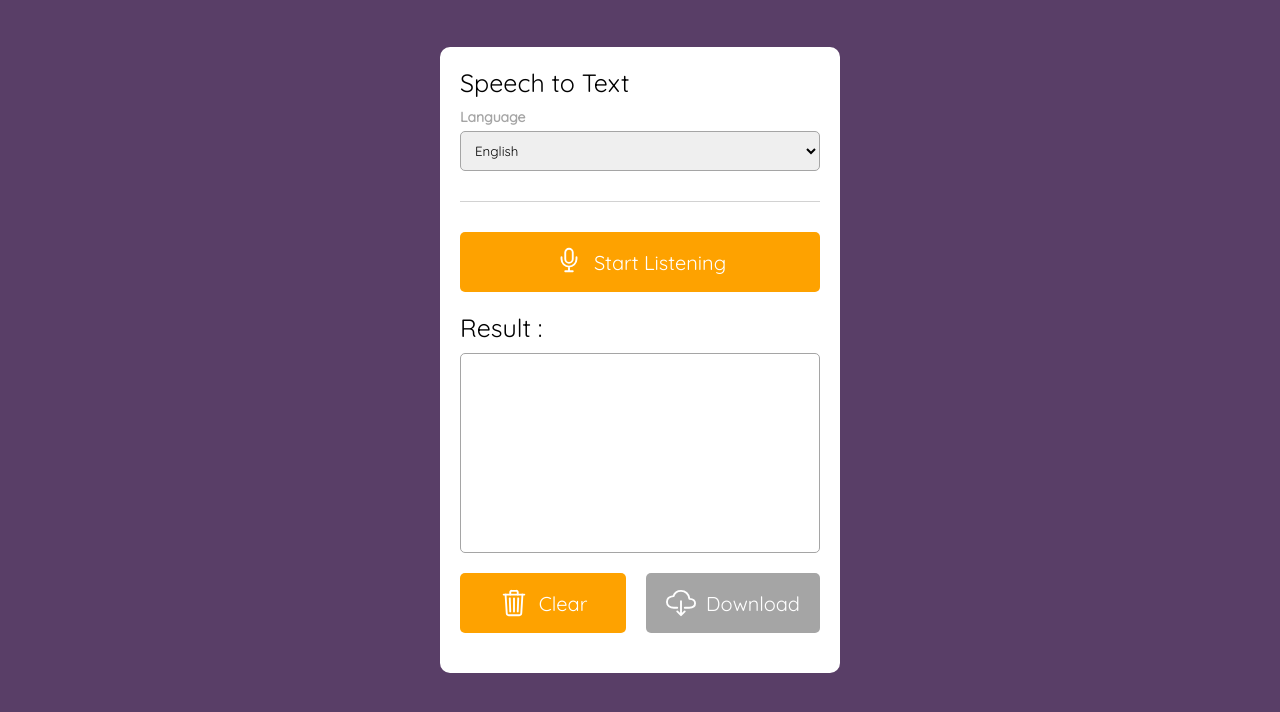
Repository: tsthuy/SpeechToText
Page: index.html
The author's editor kept a copy of each file at every save. The page is drawn from the files as they stood at one save, then again after the next save.
The browser window is 1280 px wide. The pictures show the whole page.

Above is the page before, as saved 2023-08-28 03:16:28.

### index.html
<!DOCTYPE html>
<html lang="en">
  <head>
    <meta charset="UTF-8" />
    <meta http-equiv="X-UA-Compatible" content="IE=edge" />
    <meta name="viewport" content="width=device-width, initial-scale=1.0" />
    <link href="./images/text-to-speech.png" rel="shortcut icon" type="image/vnd.microsoft.icon" />
    <link rel="stylesheet" href="style.css" />
    <link href='https://fonts.googleapis.com/css?family=Quicksand' rel='stylesheet'>
    <title>Speech to Text</title>
  </head>
  <body>
    <div class="container">
      <p class="heading">Speech to Text</p>
      <div class="options">
        <div class="anguage">
          <p>Language</p>
          <select name="input-language" id="language"></select>
        </div>
      </div>
      <div class="line"></div>
      <button class="btn record">
        <div class="icon">
          <ion-icon name="mic-outline"></ion-icon>
          <img src="record.svg" alt="" />
        </div>
        <p>Start Listening</p>
      </button>
      <p class="heading">Result :</p>
      <div
        class="result"
        spellcheck="false"
        placeholder="Text will be shown here"
      >
        <p class="interim"></p>
      </div>
      <div class="buttons">
        <button class="btn clear">
          <ion-icon name="trash-outline"></ion-icon>
          <p>Clear</p>
        </button>
        <button class="btn download" disabled>
          <ion-icon name="cloud-download-outline"></ion-icon>
          <p>Download</p>
        </button>
      </div>
    </div>

    <!-- IONICONS -->
    <script
      type="module"
      src="https://unpkg.com/ionicons@5.5.2/dist/ionicons/ionicons.esm.js"
    ></script>
    <script
      nomodule
      src="https://unpkg.com/ionicons@5.5.2/dist/ionicons/ionicons.js"
    ></script>

    <!-- LANGUAGES -->
    <script src="languages.js"></script>

    <!-- SCRIPT -->
    <script src="script.js"></script>
  </body>
</html>

### style.css

:root {
  --primary-color: #FEA200;
  --bg-color: #fff;
  --text-color: #000;
  --light-text-color: #a5a5a5;
  --body-bg-color: #593E67;
}
* {
  margin: 0;
  padding: 0;
  box-sizing: border-box;
  font-family: "Quicksand", sans-serif;
}
body {
  min-height: 100vh;
  display: flex;
  align-items: center;
  justify-content: center;
  background-color: var(--body-bg-color);
  color: var(--text-color);
}
.container {
  width: 400px;
  padding: 20px;
  border-radius: 10px;
  background-color: var(--bg-color);
}
.container .heading {
  font-size: 25px;
  font-weight: 500;
  margin-bottom: 10px;
}
.container .options select {
  width: 100%;
  padding: 10px;
  border: 1px solid var(--light-text-color);
  border-radius: 5px;
  outline: none;
}
.container .options div:not(:last-child) select {
  margin-bottom: 20px;
}

.container .options p {
  font-size: 14px;
  font-weight: 600;
  margin-bottom: 5px;
  color: var(--light-text-color);
}
.container .line {
  position: relative;
  width: 100%;
  height: 1px;
  background-color: var(--light-text-color);
  opacity: 0.5;
  margin: 30px 0;
}
.btn {
  display: flex;
  align-items: center;
  justify-content: center;
  gap: 10px;
  margin-bottom: 20px;
  height: 60px;
  padding: 20px;
  width: 100%;
  outline: none;
  border: none;
  border-radius: 5px;
  font-size: 20px;
  font-weight: 500;
  cursor: pointer;
  color: #fff;
  background-color: var(--primary-color);
}
.btn ion-icon {
  font-size: 30px;
}
.btn:disabled {
  background-color: var(--light-text-color);
  cursor: not-allowed;
}
.container .record img {
  width: 30px;
  height: 30px;
  display: none;
}
.container .record.recording img {
  display: block;
}
.container .record.recording ion-icon {
  display: none;
}
.container .result {
  width: 100%;
  min-height: 200px;
  padding: 10px;
  border: 1px solid var(--light-text-color);
  border-radius: 5px;
  font-size: 18px;
  font-weight: 500;
  margin-bottom: 20px;
  color: var(--text-color);
}
.container .result p {
  display: inline;
  margin-left: 3px;
  color: var(--light-text-color);
}
.buttons {
  display: flex;
  gap: 20px;
}

### languages.js
const languages = [
  {
    no: "16",
    name: "English",
    native: "English",
    code: "en",
  },
  {
    no: "1",
    name: "Afrikaans",
    native: "Afrikaans",
    code: "af",
  },
  {
    no: "2",
    name: "Albanian",
    native: "Shqip",
    code: "sq",
  },
  {
    no: "3",
    name: "Arabic",
    native: "عربي",
    code: "ar",
  },
  {
    no: "4",
    name: "Armenian",
    native: "Հայերէն",
    code: "hy",
  },
  {
    no: "5",
    name: "Azerbaijani",
    native: "آذربایجان دیلی",
    code: "az",
  },
  {
    no: "6",
    name: "Basque",
    native: "Euskara",
    code: "eu",
  },
  {
    no: "7",
    name: "Belarusian",
    native: "Беларуская",
    code: "be",
  },
  {
    no: "8",
    name: "Bulgarian",
    native: "Български",
    code: "bg",
  },
  {
    no: "9",
    name: "Catalan",
    native: "Català",
    code: "ca",
  },
  {
    no: "10",
    name: "Chinese (Simplified)",
    native: "中文简体",
    code: "zh-CN",
  },
  {
    no: "11",
    name: "Chinese (Traditional)",
    native: "中文繁體",
    code: "zh-TW",
  },
  {
    no: "12",
    name: "Croatian",
    native: "Hrvatski",
    code: "hr",
  },
  {
    no: "13",
    name: "Czech",
    native: "Čeština",
    code: "cs",
  },
  {
    no: "14",
    name: "Danish",
    native: "Dansk",
    code: "da",
  },
  {
    no: "15",
    name: "Dutch",
    native: "Nederlands",
    code: "nl",
  },
  {
    no: "17",
    name: "Estonian",
    native: "Eesti keel",
    code: "et",
  },
  {
    no: "18",
    name: "Filipino",
    native: "Filipino",
    code: "tl",
  },
  {
    no: "19",
    name: "Finnish",
    native: "Suomi",
    code: "fi",
  },
  {
    no: "20",
    name: "French",
    native: "Français",
    code: "fr",
  },
  {
    no: "21",
    name: "Galician",
    native: "Galego",
    code: "gl",
  },
  {
    no: "22",
    name: "Georgian",
    native: "ქართული",
    code: "ka",
  },
  {
    no: "23",
    name: "German",
    native: "Deutsch",
    code: "de",
  },
  {
    no: "24",
    name: "Greek",
    native: "Ελληνικά",
    code: "el",
  },
  {
    no: "25",
    name: "Haitian Creole",
    native: "Kreyòl ayisyen",
    code: "ht",
  },
  {
    no: "26",
    name: "Hebrew",
    native: "עברית",
    code: "iw",
  },
  {
    no: "27",
    name: "Hindi",
    native: "हिन्दी",
    code: "hi",
  },
  {
    no: "28",
    name: "Hungarian",
    native: "Magyar",
    code: "hu",
  },
  {
    no: "29",
    name: "Icelandic",
    native: "Íslenska",
    code: "is",
  },
  {
    no: "30",
    name: "Indonesian",
    native: "Bahasa Indonesia",
    code: "id",
  },
  {
    no: "31",
    name: "Irish",
    native: "Gaeilge",
    code: "ga",
  },
  {
    no: "32",
    name: "Italian",
    native: "Italiano",
    code: "it",
  },
  {
    no: "33",
    name: "Japanese",
    native: "日本語",
    code: "ja",
  },
  {
    no: "34",
    name: "Korean",
    native: "한국어",
    code: "ko",
  },
  {
    no: "35",
    name: "Latvian",
    native: "Latviešu",
    code: "lv",
  },
  {
    no: "36",
    name: "Lithuanian",
    native: "Lietuvių kalba",
    code: "lt",
  },
  {
    no: "37",
    name: "Macedonian",
    native: "Македонски",
    code: "mk",
  },
  {
    no: "38",
    name: "Malay",
    native: "Malay",
    code: "ms",
  },
  {
    no: "39",
    name: "Maltese",
    native: "Malti",
    code: "mt",
  },
  {
    no: "40",
    name: "Norwegian",
    native: "Norsk",
    code: "no",
  },
  {
    no: "41",
    name: "Persian",
    native: "فارسی",
    code: "fa",
  },
  {
    no: "42",
    name: "Polish",
    native: "Polski",
    code: "pl",
  },
  {
    no: "43",
    name: "Portuguese",
    native: "Português",
    code: "pt",
  },
  {
    no: "44",
    name: "Romanian",
    native: "Română",
    code: "ro",
  },
  {
    no: "45",
    name: "Russian",
    native: "Русский",
    code: "ru",
  },
  {
    no: "46",
    name: "Serbian",
    native: "Српски",
    code: "sr",
  },
  {
    no: "47",
    name: "Slovak",
    native: "Slovenčina",
    code: "sk",
  },
  {
    no: "48",
    name: "Slovenian",
    native: "Slovensko",
    code: "sl",
  },
  {
    no: "49",
    name: "Spanish",
    native: "Español",
    code: "es",
  },
  {
    no: "50",
    name: "Swahili",
    native: "Kiswahili",
    code: "sw",
  },
  {
    no: "51",
    name: "Swedish",
    native: "Svenska",
    code: "sv",
  },
  {
    no: "52",
    name: "Thai",
    native: "ไทย",
    code: "th",
  },
  {
    no: "53",
    name: "Turkish",
    native: "Türkçe",
    code: "tr",
  },
  {
    no: "54",
    name: "Ukrainian",
    native: "Українська",
    code: "uk",
  },
  {
    no: "55",
    name: "Urdu",
    native: "اردو",
    code: "ur",
  },
  {
    no: "56",
    name: "Vietnamese",
    native: "Tiếng Việt",
    code: "vi",
  },
  {
    no: "57",
    name: "Welsh",
    native: "Cymraeg",
    code: "cy",
  },
  {
    no: "58",
    name: "Yiddish",
    native: "ייִדיש",
    code: "yi",
  },
];

### script.js
const recordBtn = document.querySelector(".record"),
  result = document.querySelector(".result"),
  downloadBtn = document.querySelector(".download"),
  inputLanguage = document.querySelector("#language"),
  clearBtn = document.querySelector(".clear");

let SpeechRecognition =
    window.SpeechRecognition || window.webkitSpeechRecognition,
  recognition,
  recording = false;

function populateLanguages() {
  languages.forEach((lang) => {
    const option = document.createElement("option");
    option.value = lang.code;
    option.innerHTML = lang.name;
    inputLanguage.appendChild(option);
  });
}

populateLanguages();

function speechToText() {
  try {
    recognition = new SpeechRecognition();
    recognition.lang = inputLanguage.value;
    recognition.interimResults = true;
    recordBtn.classList.add("recording");
    recordBtn.querySelector("p").innerHTML = "Listening...";
    recognition.start();
    recognition.onresult = (event) => {
      const speechResult = event.results[0][0].transcript;
      //detect when intrim results
      if (event.results[0].isFinal) {
        result.innerHTML += " " + speechResult;
        result.querySelector("p").remove();
      } else {
        //creative p with class interim if not already there
        if (!document.querySelector(".interim")) {
          const interim = document.createElement("p");
          interim.classList.add("interim");
          result.appendChild(interim);
        }
        //update the interim p with the speech result
        document.querySelector(".interim").innerHTML = " " + speechResult;
      }
      downloadBtn.disabled = false;
    };
    recognition.onspeechend = () => {
      speechToText();
    };
    recognition.onerror = (event) => {
      stopRecording();
      if (event.error === "no-speech") {
        alert("No speech was detected. Stopping...");
      } else if (event.error === "audio-capture") {
        alert(
          "No microphone was found. Ensure that a microphone is installed."
        );
      } else if (event.error === "not-allowed") {
        alert("Permission to use microphone is blocked.");
      } else if (event.error === "aborted") {
        alert("Listening Stopped.");
      } else {
        alert("Error occurred in recognition: " + event.error);
      }
    };
  } catch (error) {
    recording = false;

    console.log(error);
  }
}

recordBtn.addEventListener("click", () => {
  if (!recording) {
    speechToText();
    recording = true;
  } else {
    stopRecording();
  }
});

function stopRecording() {
  recognition.stop();
  recordBtn.querySelector("p").innerHTML = "Start Listening";
  recordBtn.classList.remove("recording");
  recording = false;
}

function download() {
  const text = result.innerText;
  const filename = "speech.txt";

  const element = document.createElement("a");
  element.setAttribute(
    "href",
    "data:text/plain;charset=utf-8," + encodeURIComponent(text)
  );
  element.setAttribute("download", filename);
  element.style.display = "none";
  document.body.appendChild(element);
  element.click();
  document.body.removeChild(element);
}

downloadBtn.addEventListener("click", download);

clearBtn.addEventListener("click", () => {
  result.innerHTML = "";
  downloadBtn.disabled = true;
});

After the next save:
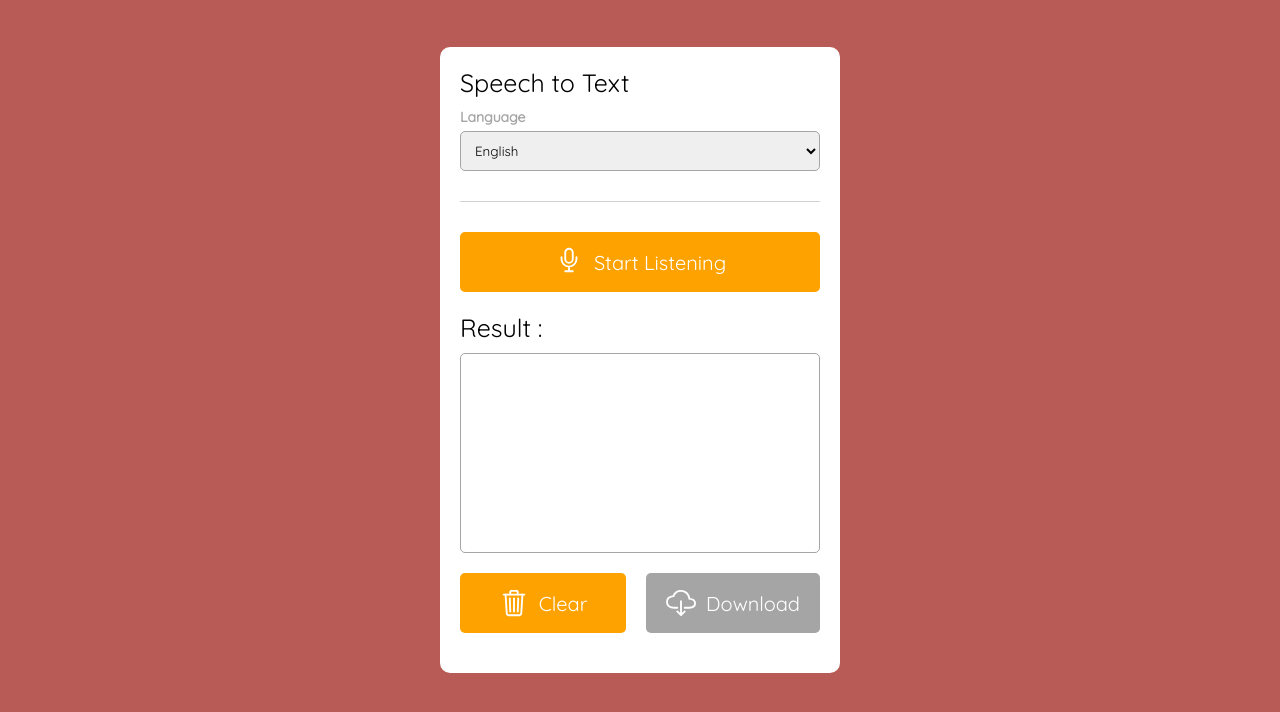
Saved 24 s later.
--- a/style.css
+++ b/style.css
@@ -4,7 +4,7 @@
   --bg-color: #fff;
   --text-color: #000;
   --light-text-color: #a5a5a5;
-  --body-bg-color: #593E67;
+  --body-bg-color: #B85B56;
 }
 * {
   margin: 0;
